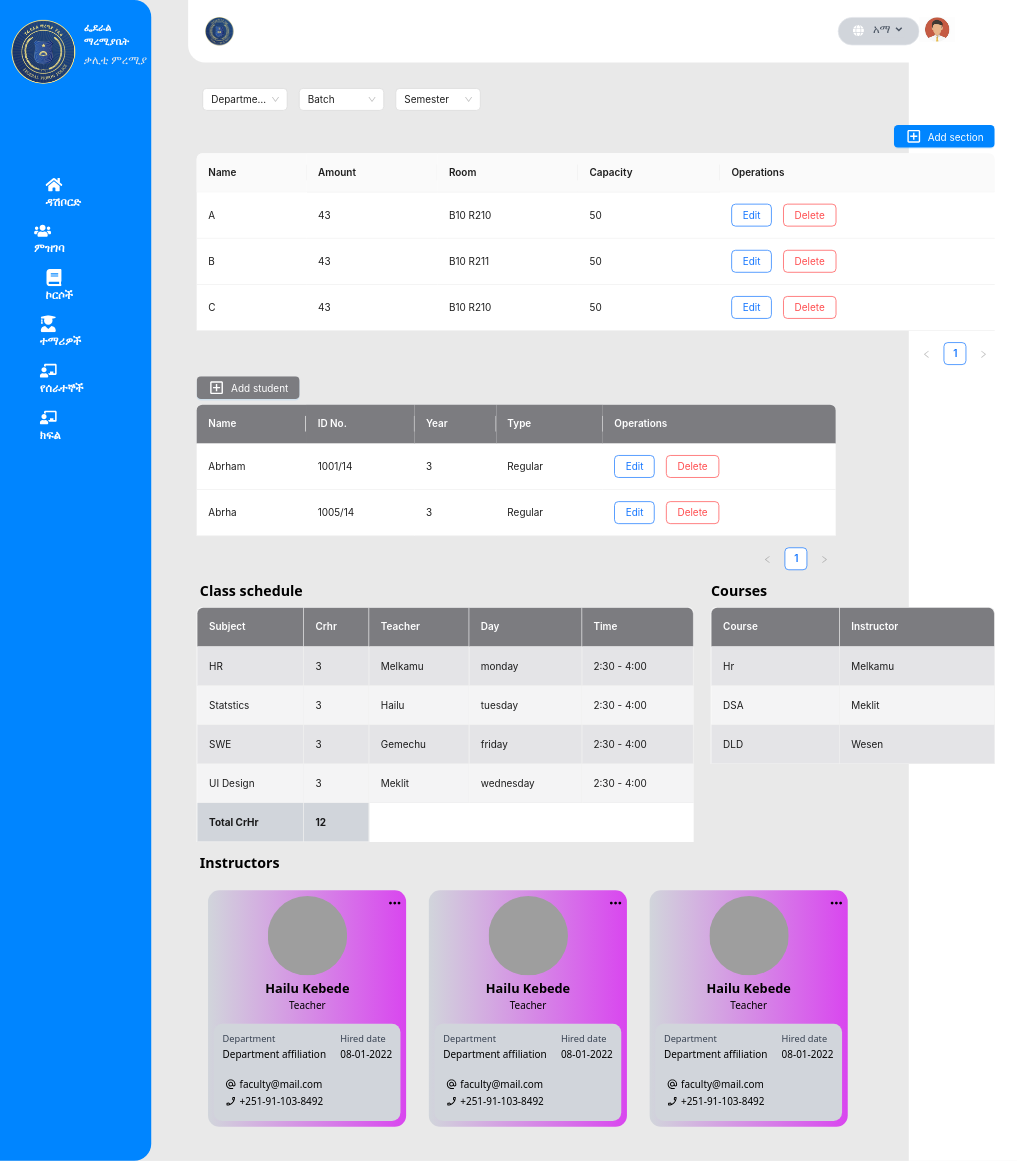
Repository: Yigoya/federal-prison-education-ms-frontend
Page: /classroom, after clicking the first element matching `td.ant-table-cell > a`
These files come from the project's save history. The page is drawn as it stood at one moment and after a run of saves; the edit follows.
The browser window is 1280 px wide. The page is 1433 px wide, so the pictures cover 1433 px, including what lies to the right of the window. The pictures show the whole page, at 71% of full size.
Pictures or frames that could not be fetched are drawn as grey boxes. The project was rebuilt for these pictures with package versions that can differ from the ones it lists, and the page was loaded fresh each time. Also part of the build but not shown: vite.config.js, src/pages/DashBoard.jsx, src/pages/Courses.jsx, src/layout/AuthLayout.jsx, src/pages/Login.jsx, src/pages/Teachers.jsx, src/pages/StudentRegistration.jsx, src/components/classroom/ComboBox.jsx and 1 more. Imported but missing from the stored project, and not drawn on this page: src/pages/Students.

Above is the page before, as saved 2024-07-05 15:17:41.

After the next 2 saves:
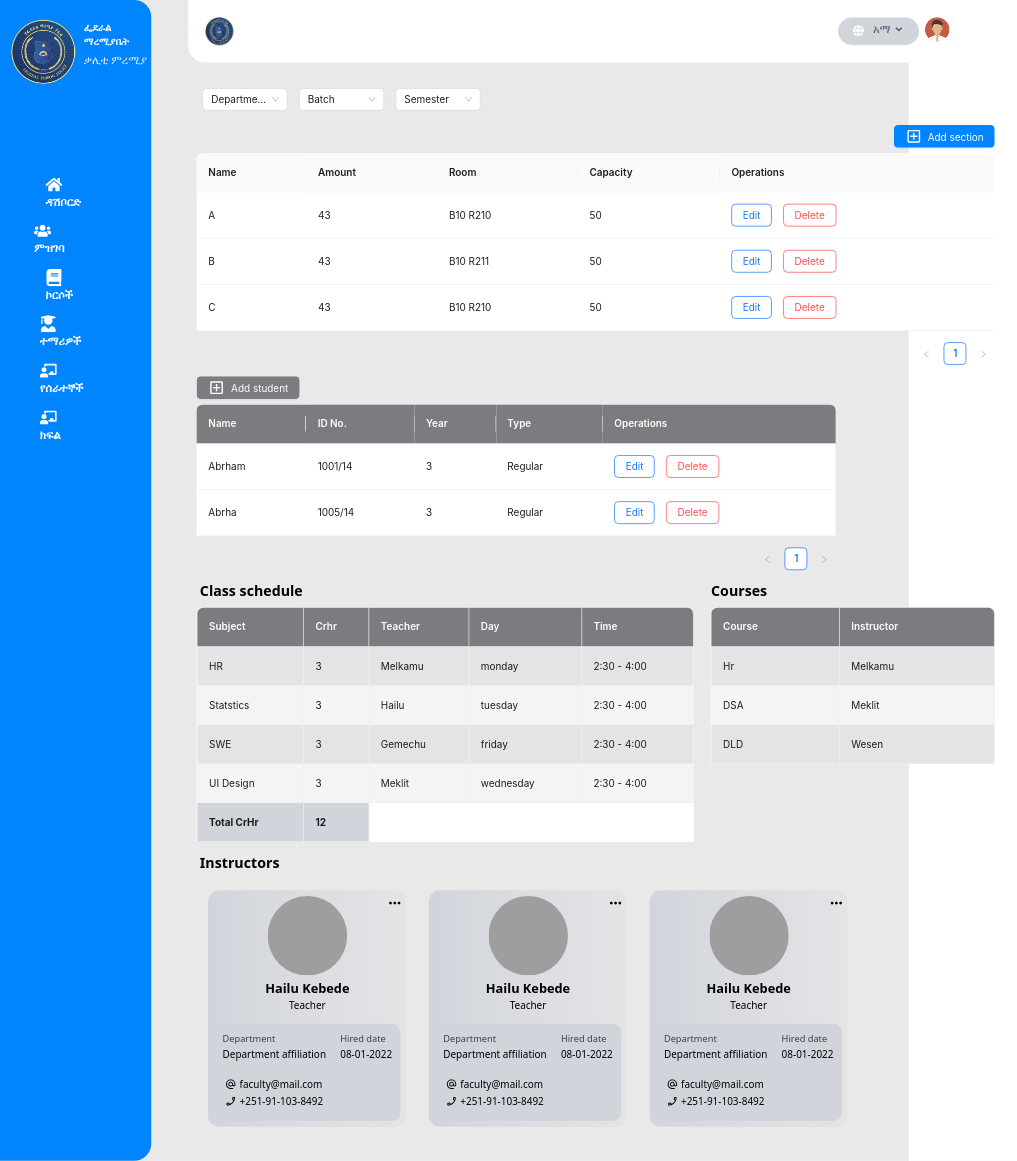
The 2 saves are shown as one change because they came seconds apart.
The last was saved 6 s later.
--- a/src/components/classroom/InstructorDetails.jsx
+++ b/src/components/classroom/InstructorDetails.jsx
@@ -4,7 +4,7 @@
 
 const InstructorDetails = () => {
   return (
-    <div className="m-4 w-fit p-2 w-2/5 rounded-2xl relative bg-gradient-to-r from-gray-300 to-fuchsia-500">
+    <div className="m-4 w-fit p-2 w-2/5 rounded-2xl relative bg-gradient-to-r from-gray-300 to-zinc-200">
       {/* Main content */}
       <div className="flex flex-col place-items-center">
         <div className="flex justify-between items-center">
